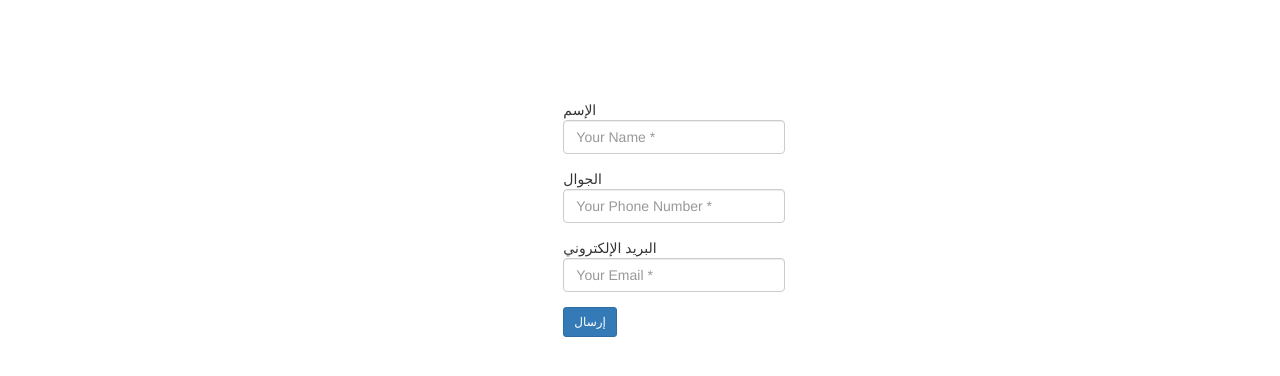
Repository: Abdaljawad-Aya/Itbeep-task
Page: http://localhost/form-user
These files come from the project's save history. The page is drawn as it stood at one moment and after the next save; the edit follows.
The browser window is 1280 px wide. The pictures show the whole page.
The page is served by the project's Laravel application, run on PHP 8.4 with Laravel 8.

Above is the page before, as saved 2021-03-07 17:19:34.

After the next save:
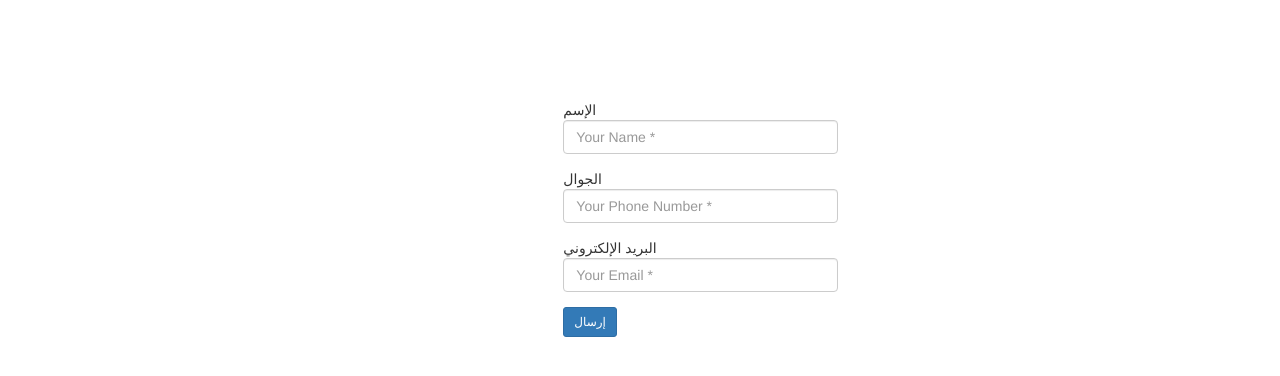
Saved 5 s later.
--- a/singlePageApp/resources/views/form-user.blade.php
+++ b/singlePageApp/resources/views/form-user.blade.php
@@ -13,7 +13,7 @@
     <title>Form</title>
 </head>
 <body>
-   <div class="container contact-form col-lg-5 col-md-offset-5" style="margin-top:100px;">
+   <div class="container contact-form col-lg-6 col-md-offset-5" style="margin-top:100px;">
      @if (session('status'))
        <div class="alert alert-success">
            {{ session('status')}}
